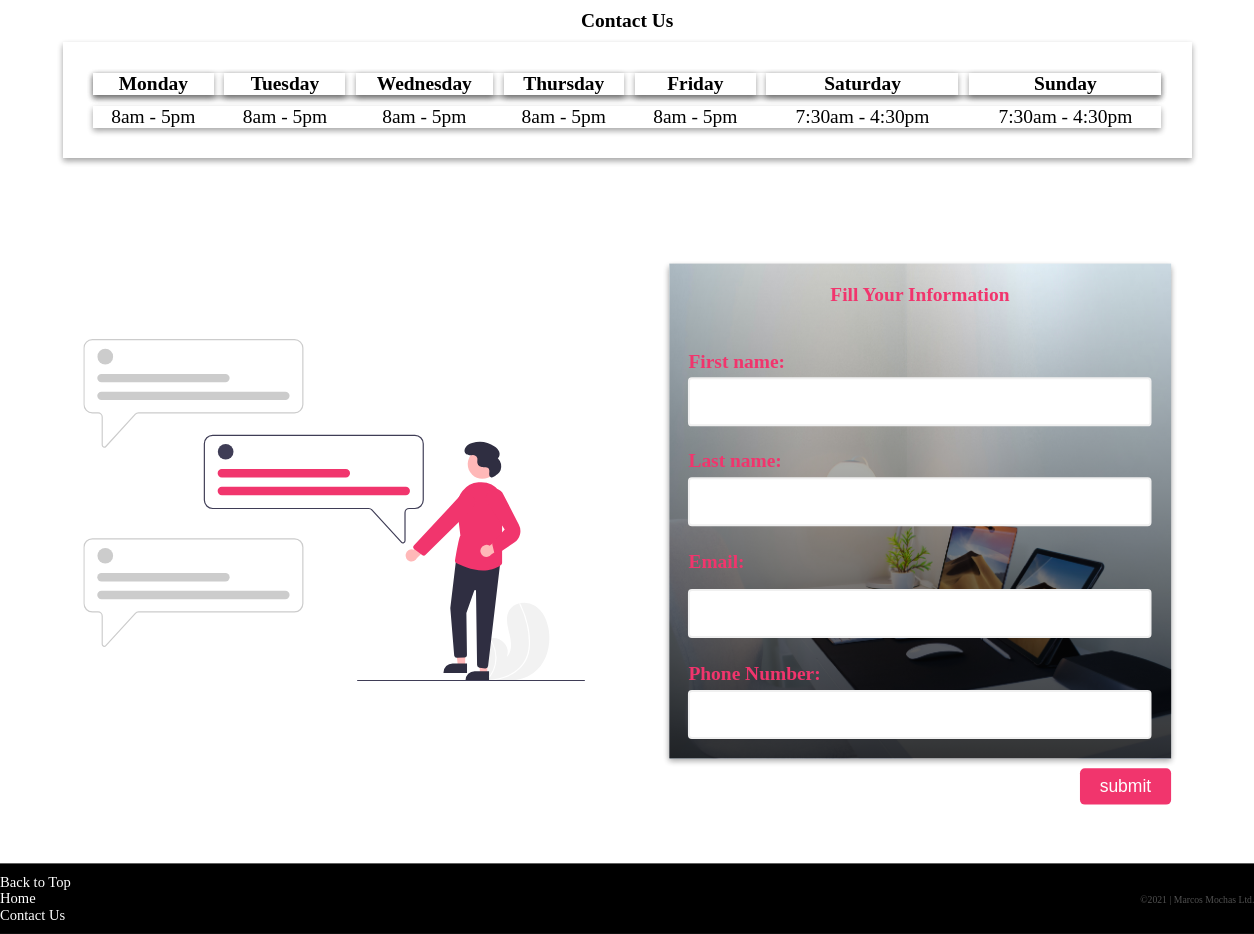
Repository: CAMPSLOPY/marcos-mochas
Page: HTML/contact.html
An editor plug-in stored every save of this project. The page is shown before and after the next save, followed by the edit.
The browser window is 1280 px wide. The pictures show the whole page, at 98% of full size.

Above is the page before, as saved 2021-07-05 00:16:27.

After the next save:
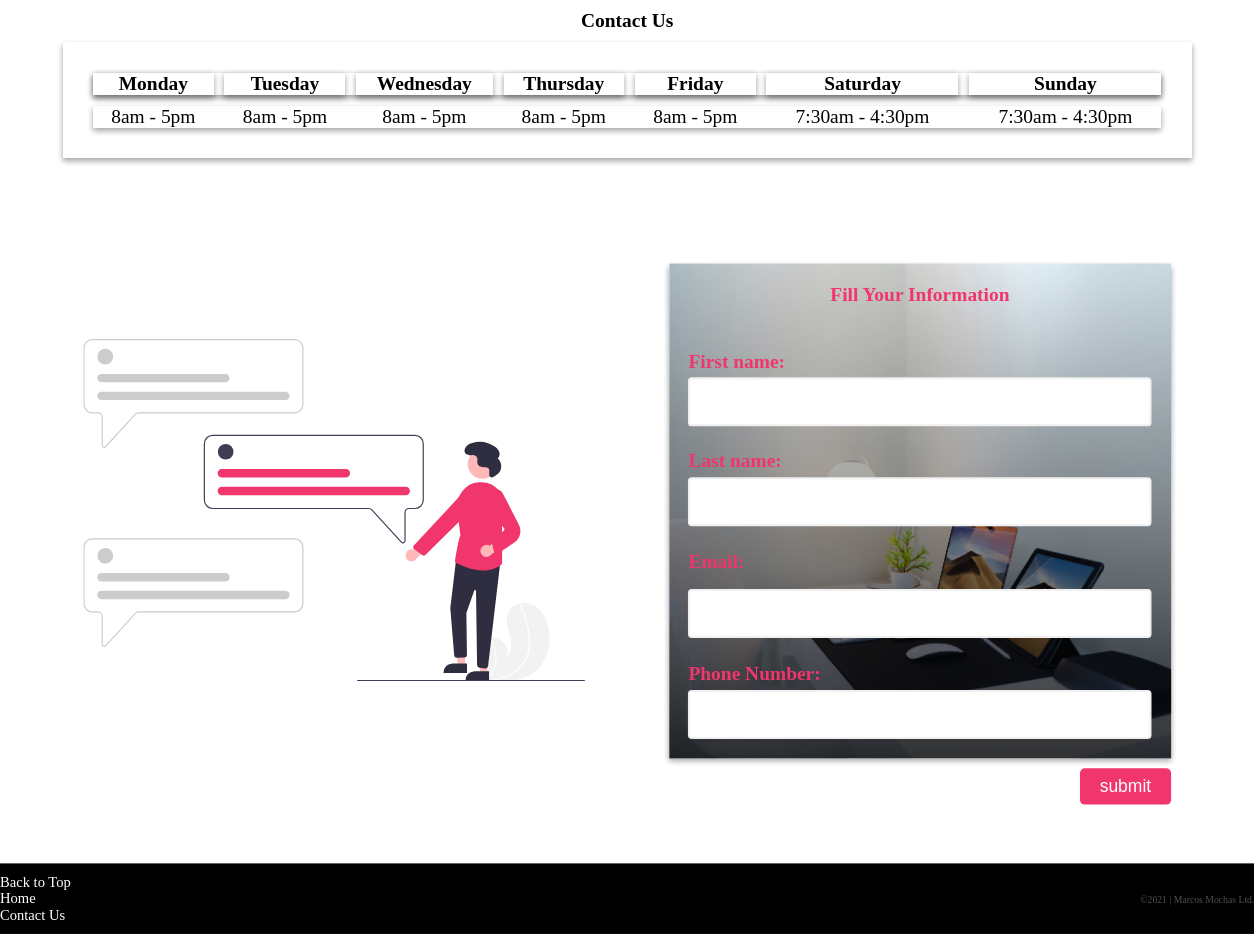
Saved 17 s later.
--- a/CSS/contact.css
+++ b/CSS/contact.css
@@ -154,7 +154,7 @@ footer {
     list-style-type: none;
     text-decoration: none;
     font-size: 1.5rem;
-    padding: 1rem 0rem;
+    padding: 2rem 0rem;
   }
 
 .contact-footer {
